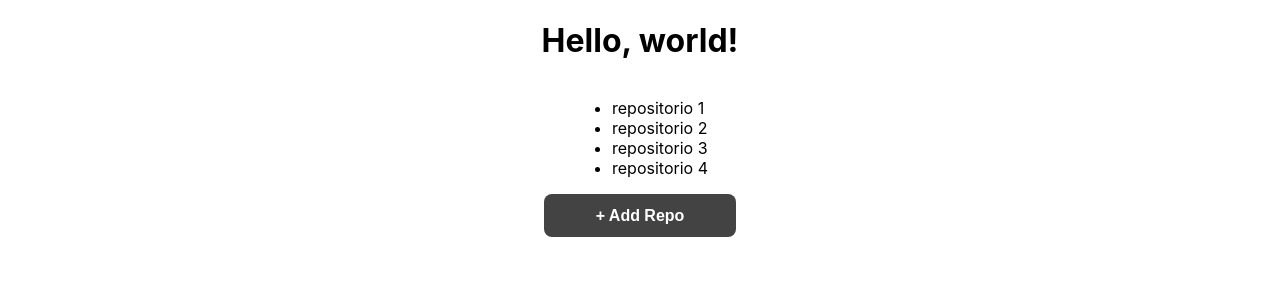
Repository: thiagolucio/react-hooks-use
Page: /
These files come from the project's save history. The page is drawn as it stood at one moment and after the next save; the edit follows.
The browser window is 1280 px wide. The pictures show the whole page.
The project was rebuilt for these pictures with package versions that can differ from the ones it lists, and the page was loaded fresh each time.

Above is the page before, as saved 2022-03-08 17:01:37.

After the next save:
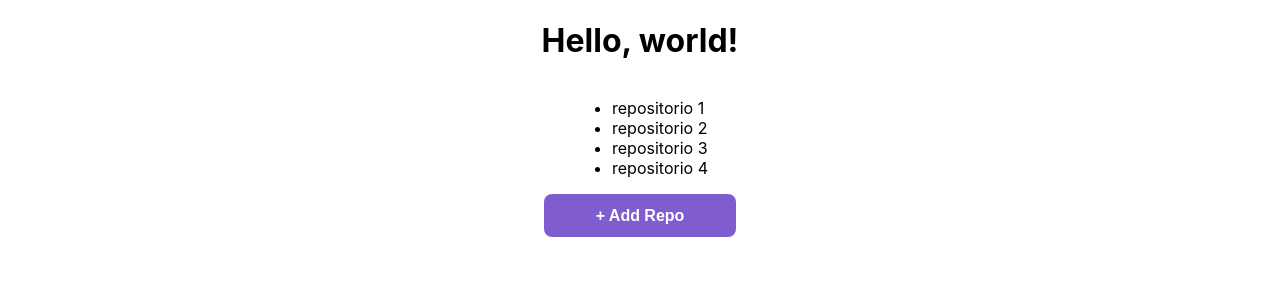
Saved 10 s later.
--- a/src/Components/UseStateExample.css
+++ b/src/Components/UseStateExample.css
@@ -1,7 +1,7 @@
 .buttonApp {
     font-size: 16px;
     padding: 1% 4%;
-    background-color: rgb(68, 67, 67);
+    background-color: rgb(127, 93, 206);
     color: #fff;
     font-weight: bold;
     border: none;
